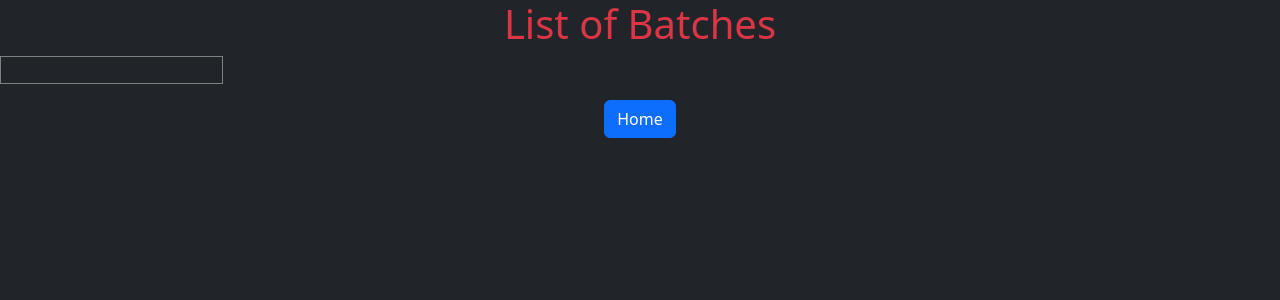
Repository: Jannis-Buschhaus/simplilearn-assessment-phase2
Page: http://localhost/FunfitWebapp/BatchController?target=viewBatch
An editor plug-in stored every save of this project. The page is shown before and after the next save, followed by the edit.
The browser window is 1280 px wide. The pictures show the whole page.
The page is served by Tomcat 9. Other server files are loaded and not shown. Queries for data that is not in the repository find no rows.

Above is the page before, as saved 2024-05-30 14:32:46.

### FunfitWebapp/src/main/webapp/viewBatch.jsp
<%@ page language="java" contentType="text/html; charset=UTF-8"
    pageEncoding="UTF-8"
    import="java.util.List,com.funfit.bean.Batch"
    %>
<%@ taglib prefix="c" uri="http://java.sun.com/jsp/jstl/core" %>
<!DOCTYPE html>
<html>
<head>
<meta charset="UTF-8">
<title>List of batches</title>
<link href="https://cdn.jsdelivr.net/npm/bootstrap@5.3.3/dist/css/bootstrap.min.css" rel="stylesheet" integrity="sha384-QWTKZyjpPEjISv5WaRU9OFeRpok6YctnYmDr5pNlyT2bRjXh0JMhjY6hW+ALEwIH" crossorigin="anonymous">
</head>
<body class="bg-dark">
	<script type="text/javascript">
		async function deleteBatch(batchId) {
			var result
			try {
				result = await fetch("/FunfitWebapp/BatchController?id="+batchId,  {
	    			method: 'DELETE'
	  			})
			} catch (e) {
				result = e
				console.log(result)
			} finally {
				window.location.replace("BatchController?target=viewBatch")
			}
		}

		function showUpdate(batchId, typeOfBatch, time) {
			document.getElementById("updateBatches").hidden = false
			document.getElementById("batchId").value = batchId
			document.getElementById("typeOfBatch").value = typeOfBatch
			document.getElementById("time").value = time
		}
	</script>
	<h1 class="text-danger text-center">List of Batches</h1>
	<div class="text-center">
		<table border="1">
			<tr>
				<th>ID</th><th>Type of Batch</th><th>time</th><th>action</th>
			</tr>
			<c:forEach items="${ sessionScope.batch }" var="batch">
				<tr>
					<td>${ batch.getBatchId() }</td>
					<td>${ batch.getTypeOfBatch() }</td>
					<td>${ batch.getTime() }</td>
					<td>
						<button onclick="deleteBatch(${ batch.getBatchId() })">delete</button>
						<button onclick="showUpdate(batchId=${ batch.getBatchId() }, typeOfBatch='${ batch.getTypeOfBatch() }', time='${ batch.getTime() }')">update</button>
					</td>
				</tr>
			</c:forEach>
		</table>
		<div hidden id="updateBatches">
			<h1>Update batch</h1>
			<form method="post" action="BatchController">
				<label for="batchId">Batch ID: </label>
					<input readonly type="text" name="batchId" id="batchId" /><br />
				<label for="typeOfBatch">Type of Batch: </label>
					<select name="typeOfBatch" id="typeOfBatch">
						<option value="morning">morning</option>
						<option value="evening">evening</option>
					</select><br />
				<label for="time">Time: </label>
					<select  id = "time" name="time">
					<% for(int i=1; i<=12; i++){ %>
						<option value="<%=i%>am"><%=i%> am</option>
					<% }%>
					<% for(int i=1; i<=12; i++){ %>
						<option value="<%=i%>pm"><%=i%> pm</option>
					<% }%>
					</select><br />
				<input type="radio" name="update" value="update" checked  hidden/>
				<button type="submit">Update Batch</button>
			</form>
	</div>
	<a  class="btn btn-primary m-3" href="index.jsp">Home</a>
	</div>
</body>
</html>

### FunfitWebapp/src/main/java/com/funfit/controller/BatchController.java
package com.funfit.controller;

import java.io.IOException;
import java.io.PrintWriter;
import java.util.List;

import javax.servlet.RequestDispatcher;
import javax.servlet.ServletException;
import javax.servlet.annotation.WebServlet;
import javax.servlet.http.HttpServlet;
import javax.servlet.http.HttpServletRequest;
import javax.servlet.http.HttpServletResponse;
import javax.servlet.http.HttpSession;

import com.funfit.bean.Batch;
import com.funfit.service.BatchService;

@WebServlet("/BatchController")
public class BatchController extends HttpServlet {
	private static final long serialVersionUID = 1L;

    public BatchController() {
        super();
    }

	protected void doGet(HttpServletRequest request, HttpServletResponse response) throws ServletException, IOException {
		List<Batch> lb = BatchService.getBatch();
		PrintWriter pw = response.getWriter();
		HttpSession hs = request.getSession();
		hs.setAttribute("batch", lb);

		RequestDispatcher rd = request.getRequestDispatcher("viewBatch.jsp");
		rd.forward(request, response);
	}

	protected void doPost(HttpServletRequest request, HttpServletResponse response) throws ServletException, IOException {
		PrintWriter pw = response.getWriter();

		Batch bb = new Batch();
		bb.setTypeOfBatch(request.getParameter("typeOfBatch"));
		bb.setTime(request.getParameter("time"));

		response.setContentType("text/html");
		if(request.getParameter("update") != null) {
			bb.setBatchId(Integer.parseInt(request.getParameter("batchId")));
			RequestDispatcher rd = request.getRequestDispatcher("viewBatch.jsp");
			HttpSession hs = request.getSession();
			List<Batch> lb = BatchService.updateBatch(bb);
			if (lb != null) {
				hs.setAttribute("batch", lb);
				pw.println("Batch updated successfully.");
			} else {
				pw.println("Batch update unsuccessful");
			}
			rd.include(request, response);
		} else {
			RequestDispatcher rd = request.getRequestDispatcher("addBatch.jsp");

			pw.println(BatchService.addBatch(bb));
			rd.include(request, response);
		}
	}

	@Override
	protected void doPut(HttpServletRequest req, HttpServletResponse resp) throws ServletException, IOException {
		System.out.println("doPut called");
	}
	@Override
	protected void doDelete(HttpServletRequest req, HttpServletResponse resp) throws ServletException, IOException {
		int batchId = Integer.parseInt(req.getParameter("id"));
		PrintWriter pw = resp.getWriter();
		RequestDispatcher rd = req.getRequestDispatcher("viewBatch.jsp");
		resp.setContentType("text/html");
		pw.println(BatchService.deleteBatch(batchId));
		rd.include(req, resp);
	}

}

### FunfitWebapp/src/main/java/com/funfit/service/BatchService.java
package com.funfit.service;

import java.util.List;

import com.funfit.bean.Batch;
import com.funfit.dao.BatchDao;

public class BatchService {
	public static String addBatch(Batch batch) {
		if(BatchDao.addBatch(batch) > 0) {
			return "Batch details added.";
		} else {
			return "Batch details were not added.";
		}
	}

	public static List<Batch> getBatch(){
		return BatchDao.getBatch();
	}

	public static String deleteBatch(int batchId) {
		if(BatchDao.deleteBatch(batchId) > 0) {
			return "Batch "+batchId+"deleted successfully";
		} else {
			return "Unable to delete batchID: "+batchId;
		}
	}

	public static List<Batch> updateBatch(Batch b) {
		List<Batch> lb = BatchDao.updateBatch(b);
		if(lb != null) {
			return lb;
		} else {
			return null;
		}
	}
}

### FunfitWebapp/src/main/java/com/funfit/dao/BatchDao.java
package com.funfit.dao;

import java.sql.Connection;
import java.sql.PreparedStatement;
import java.sql.ResultSet;
import java.util.ArrayList;
import java.util.List;

import com.funfit.bean.Batch;
import com.funfit.resource.DbResource;

public class BatchDao {

		public static int addBatch (Batch batch) {
			try {
				Connection con = DbResource.getConnection();
				PreparedStatement pstmt = con.prepareStatement("insert into batch values(null, ?, ?);");
				pstmt.setString(1, batch.getTypeOfBatch());
				pstmt.setString(2, batch.getTime());
				return pstmt.executeUpdate();
			} catch (Exception e) {
				System.err.println(e.getMessage());
				return 0;
			}
		}
		public static List<Batch> getBatch(){
			try {
				List<Batch> lb = new ArrayList();
				Connection con = DbResource.getConnection();
				PreparedStatement pstmt = con.prepareStatement("select * from batch;");
				ResultSet rs = pstmt.executeQuery();
				while(rs.next()) {
					Batch b = new Batch();
					b.setBatchId(rs.getInt(1));
					b.setTypeOfBatch(rs.getString(2));
					b.setTime(rs.getString(3));
					lb.add(b);
				}
				return lb;
			} catch (Exception e) {
				System.err.println(e.getMessage());
				return null;
			}
		}
		public static int deleteBatch(int batchId) {
			try {
				Connection con = DbResource.getConnection();
				PreparedStatement pstmt = con.prepareStatement("delete from batch where batchId=?;");
				pstmt.setInt(1, batchId);
				return pstmt.executeUpdate();
			} catch (Exception e) {
				return 0;
			}

		}

		public static List<Batch> updateBatch(Batch b) {
			try {
				Connection con = DbResource.getConnection();
				PreparedStatement pstmt = con.prepareStatement("update batch set typeOfBatch=?, time=? where batchId=?;");
				pstmt.setString(1, b.getTypeOfBatch());
				pstmt.setString(2, b.getTime());
				pstmt.setInt(3, b.getBatchId());
				int result = pstmt.executeUpdate();
				if (result > 0) {
					List<Batch> lb = new ArrayList();
					PreparedStatement pstmt2 = con.prepareStatement("select * from batch;");
					ResultSet rs = pstmt2.executeQuery();
					while(rs.next()) {
						Batch bb = new Batch();
						bb.setBatchId(rs.getInt(1));
						bb.setTypeOfBatch(rs.getString(2));
						bb.setTime(rs.getString(3));
						lb.add(bb);
					}
					return lb;
				} else {
					return null;
				}
			} catch (Exception e) {
				return null;
			}
		}
}

### FunfitWebapp/src/main/java/com/funfit/resource/DbResource.java
package com.funfit.resource;

import java.sql.Connection;
import java.sql.DriverManager;

public class DbResource {
	public static Connection getConnection () {
		try {
			Class.forName("com.mysql.cj.jdbc.Driver");
			Connection con = DriverManager.getConnection("jdbc:mysql://10.99.0.2:3306/funfit_db", "remoteUser", "my_password");
			return con;
		} catch (Exception e) {
			System.err.println(e.getMessage());
			return null;
		}
	}
}

After the next save:
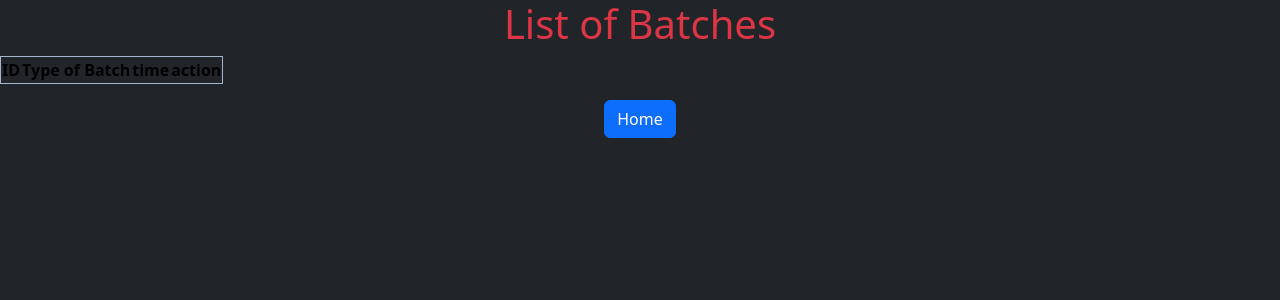
Saved 36 s later.
--- a/FunfitWebapp/src/main/webapp/viewBatch.jsp
+++ b/FunfitWebapp/src/main/webapp/viewBatch.jsp
@@ -35,7 +35,7 @@
 	</script>
 	<h1 class="text-danger text-center">List of Batches</h1>
 	<div class="text-center">
-		<table border="1">
+		<table  class="table-primary" border="1">
 			<tr>
 				<th>ID</th><th>Type of Batch</th><th>time</th><th>action</th>
 			</tr>
